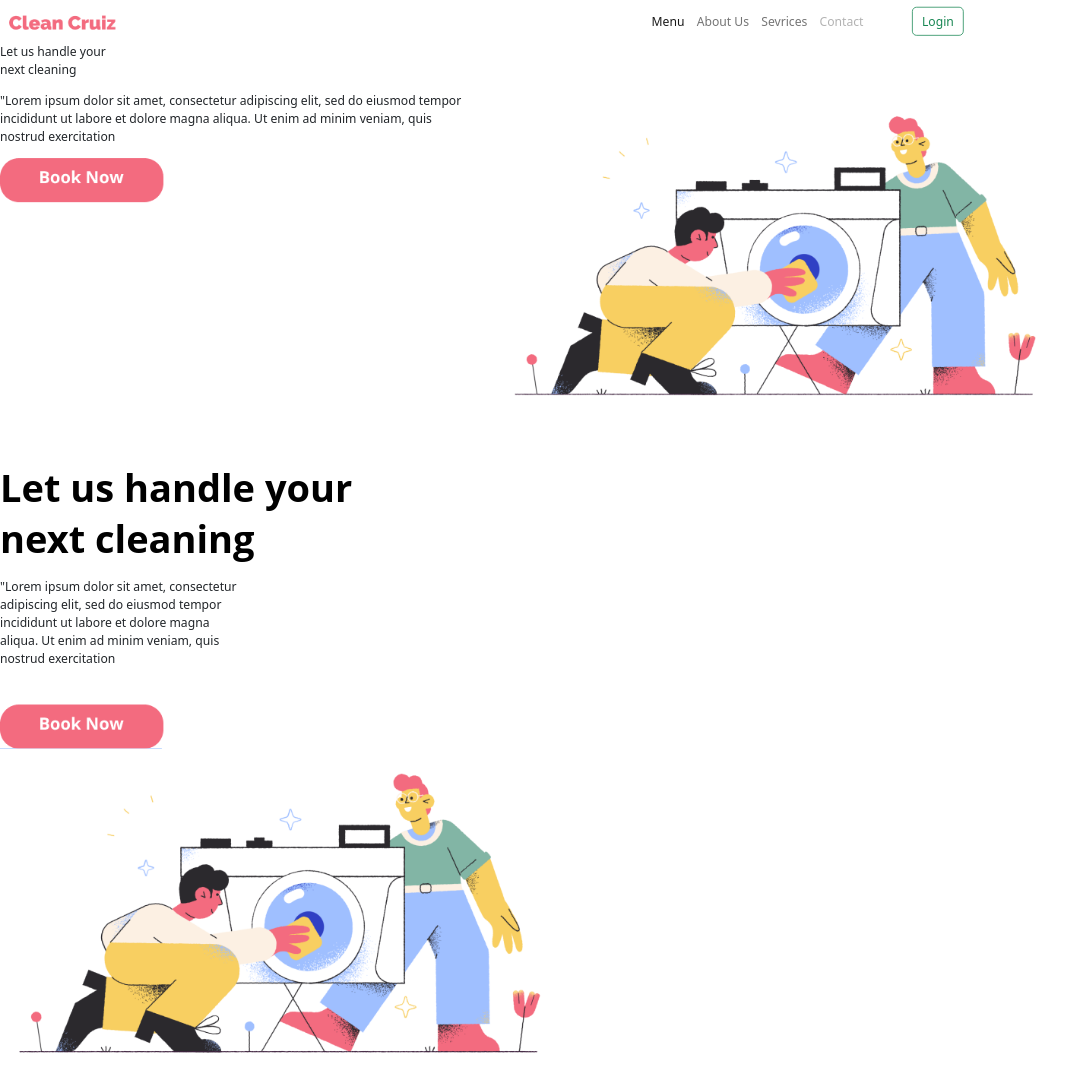
Repository: uy022/QuocUybaitapgiuaki
Page: index.html
An editor plug-in stored every save of this project. The page is shown before and after the next save, followed by the edit.
The browser window is 1280 px wide. The page is 1423 px wide, so the pictures cover 1423 px, including what lies to the right of the window. The pictures show the whole page, at 76% of full size.

Above is the page before, as saved 2022-08-30 23:13:17.

### index.html
<!DOCTYPE html>
<html>
    <head>
        <title> Bài tập giữa kỳ </title>
        <link href="node_modules/bootstrap/dist/css/bootstrap.min.css" rel="stylesheet" />
       <link rel="stylesheet" href="./css/style1.css">
    </head>
    <body>

        <div class="menu">
            <nav class="navbar navbar-expand-lg menu1">
                <div class="container-fluid">
                  <div class="col-md-8 logo">
                    <img src="./imgs/Clean Cruiz LOGO 1.png" alt="">
                  </div>
                  <button class="navbar-toggler" type="button" data-bs-toggle="collapse" data-bs-target="#navbarSupportedContent" aria-controls="navbarSupportedContent" aria-expanded="false" aria-label="Toggle navigation">
                    <span class="navbar-toggler-icon"></span>
                  </button>
                  <div class="collapse navbar-collapse" id="navbarSupportedContent">
                    <ul class="navbar-nav me-auto  mb-2 mb-lg-0">
                      <li class="nav-item">
                        <a class="nav-link active" aria-current="page" href="#">Menu</a>
                      </li>
                      <li class="nav-item">
                        <a class="nav-link" href="#">About Us</a>
                      </li>
                      <li class="nav-item">
                        <a class="nav-link" href="#">Sevrices</a>
                      </li>
                      <li class="nav-item">
                        <a class="nav-link disabled">Contact</a>
                      </li>
                    </ul>
                    <form class="d-flex" >
                      <button class="btn btn-outline-success" type="submit">Login</button>
                    </form>
                  </div>
                </div>
              </nav>
        </div>


        <div class="content2">
          <div class=" container1">
              <div class="title">
                <p>Let us handle your <br> next cleaning</p>
              </div>
              <div class="row">
                  <div class="col-6">
                      <div class="item">
                          <p>
                            "Lorem ipsum dolor sit amet, consectetur adipiscing elit, sed do eiusmod tempor incididunt ut labore et dolore magna aliqua. Ut enim ad minim veniam, quis nostrud exercitation
                          </p>
                           <img src="./imgs/Book now.png" alt="">
                      </div>
                    </div>

                 <div class = "col-6">
                    <div class="anh" >
                        <img src="./imgs/Illustration 1 1.png" >
                    </div>
                 </div>
          </div>

        </div>


        <div class="">


        <div class="col-6 mt-5 let ">
          <p>Let us handle your <br> next cleaning</p>
        </div>

        <div class="col-3 ">
          "Lorem ipsum dolor sit amet, consectetur adipiscing elit, sed do eiusmod tempor incididunt ut labore et dolore magna aliqua. Ut enim ad minim veniam, quis nostrud exercitation
        </div>

        <div class="col-3 mt-5">
          <img src="./imgs/Book now.png" alt="">
        </div>

        <div class="col-md-2 col-sm-6 bg-primary">
          <img src="./imgs/Illustration 1 1.png" alt="">
        </div>
      </div>


    </body>
    <script src="/node_modules/bootstrap/dist/js/bootstrap.min.js"> </script>
</html>

### css/style1.css
.let{
    font-family: 'Open Sans';
font-style: normal;
font-weight: 700;
font-size: 50px;
line-height: 68px;
color: #000000;
}
.fone{
    font-family: 'Open Sans';
font-style: normal;
font-weight: 300;
font-size: 16px;
line-height: 22px;

color: #000000;

}

Loaded but not shown: node_modules/bootstrap/dist/css/bootstrap.min.css (library); node_modules/bootstrap/dist/js/bootstrap.min.js (library)

After the next save:
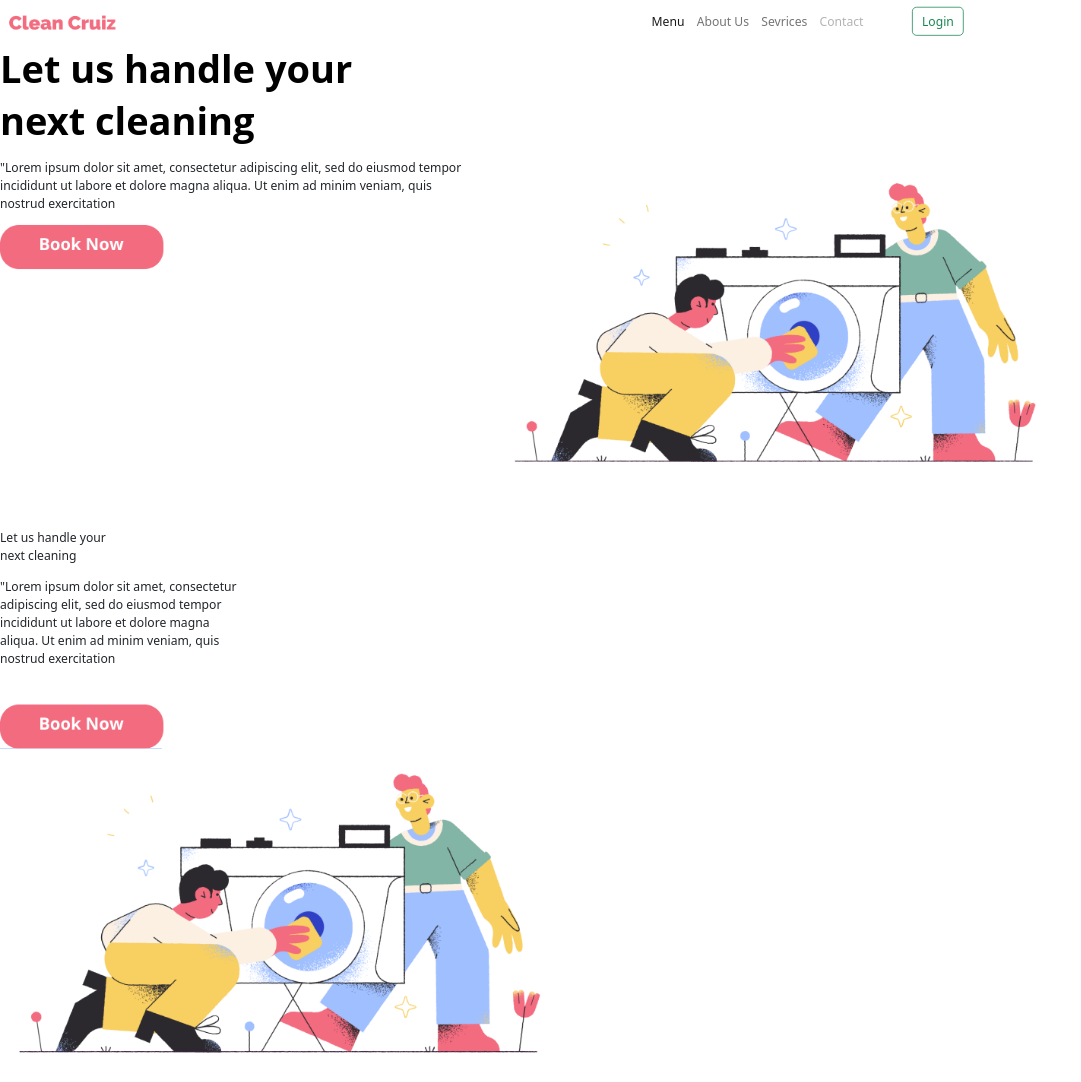
Saved 56 s later.
--- a/css/style1.css
+++ b/css/style1.css
@@ -1,4 +1,4 @@
-.let{
+.title{
     font-family: 'Open Sans';
 font-style: normal;
 font-weight: 700;
